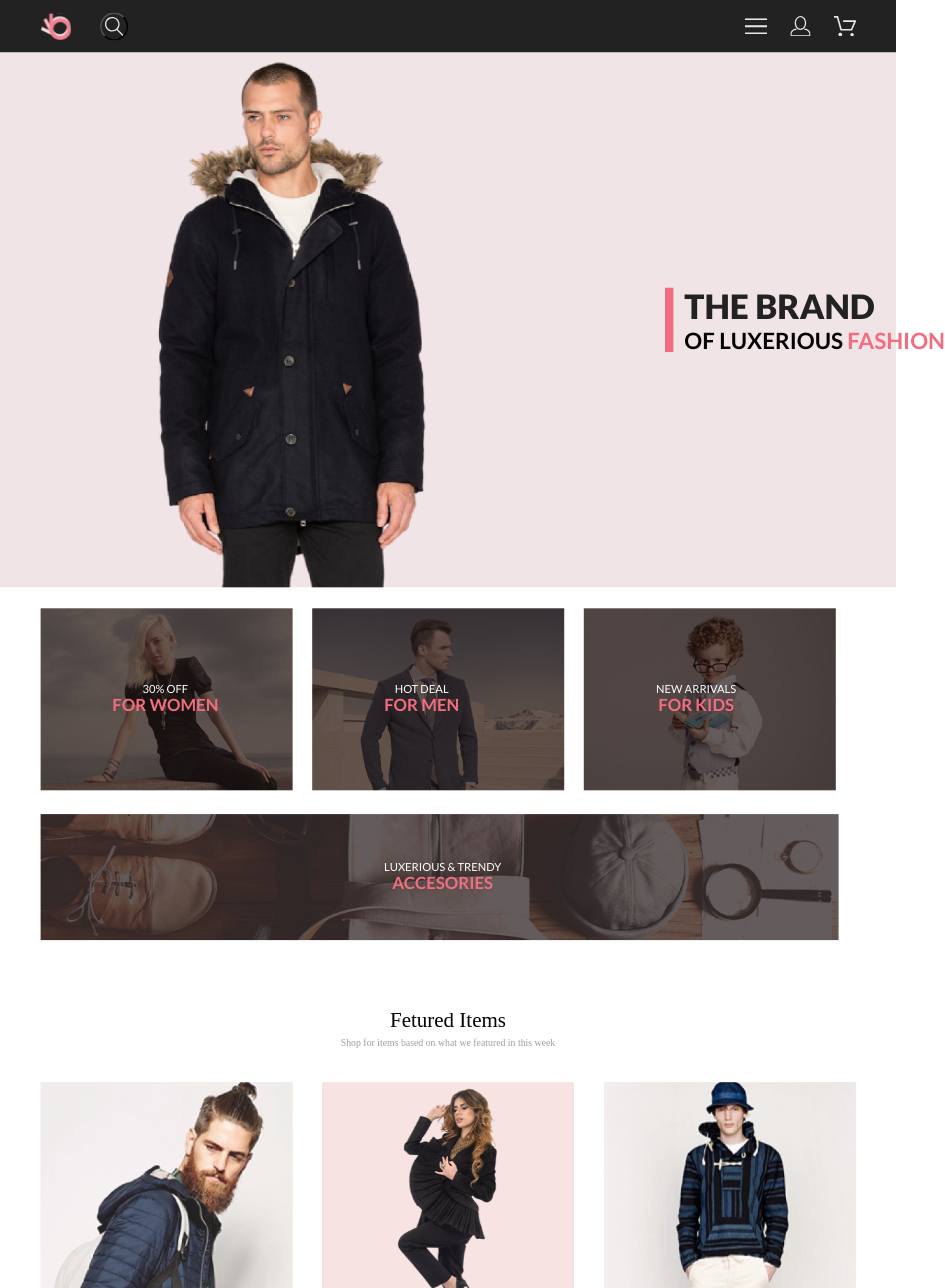
Repository: shtepaa/work-show-linkid
Page: les01/index.html
The author's editor kept a copy of each file at every save. The page is drawn from the files as they stood at one save, then again after the next save.
The browser window is 1280 px wide. The page is 1350 px wide, then 1280 px, so the pictures cover 1350 px, including what lies to the right of the window. The pictures show the part of the page from y = 0 to 1840 px (the page is 3886 px tall), at 70% of full size.

Above is the page before, as saved 2022-02-15 12:06:37.

After the next save:
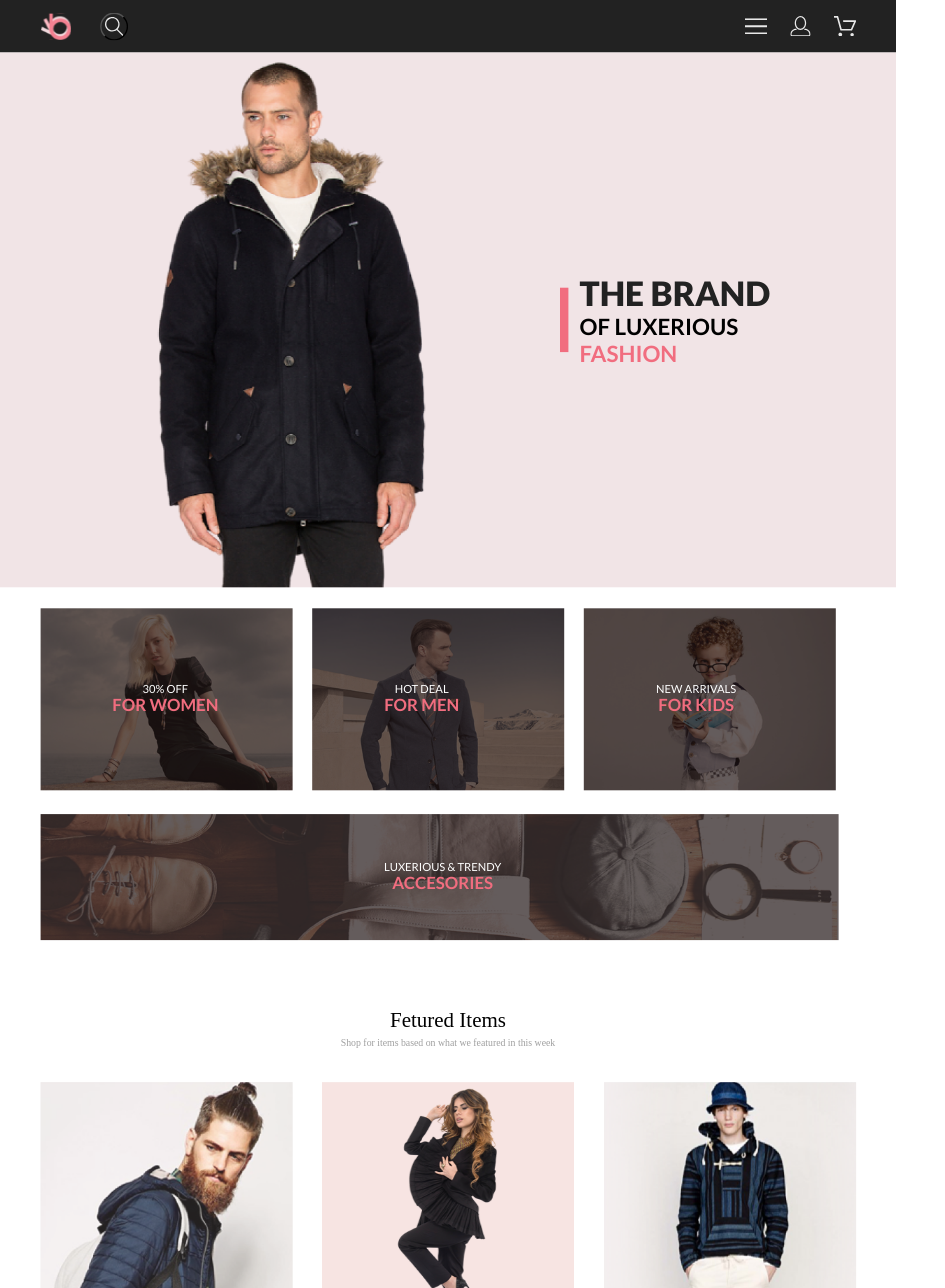
Saved 5 min 16 s later.
--- a/les01/style.css
+++ b/les01/style.css
@@ -71,7 +71,7 @@ h2 {
   display: flex;
   /* flex-direction: row; */
   justify-content: space-between;
-  width: 1350px;
+  width: 1200px;
   /* margin: 0 auto; */
 }
 
